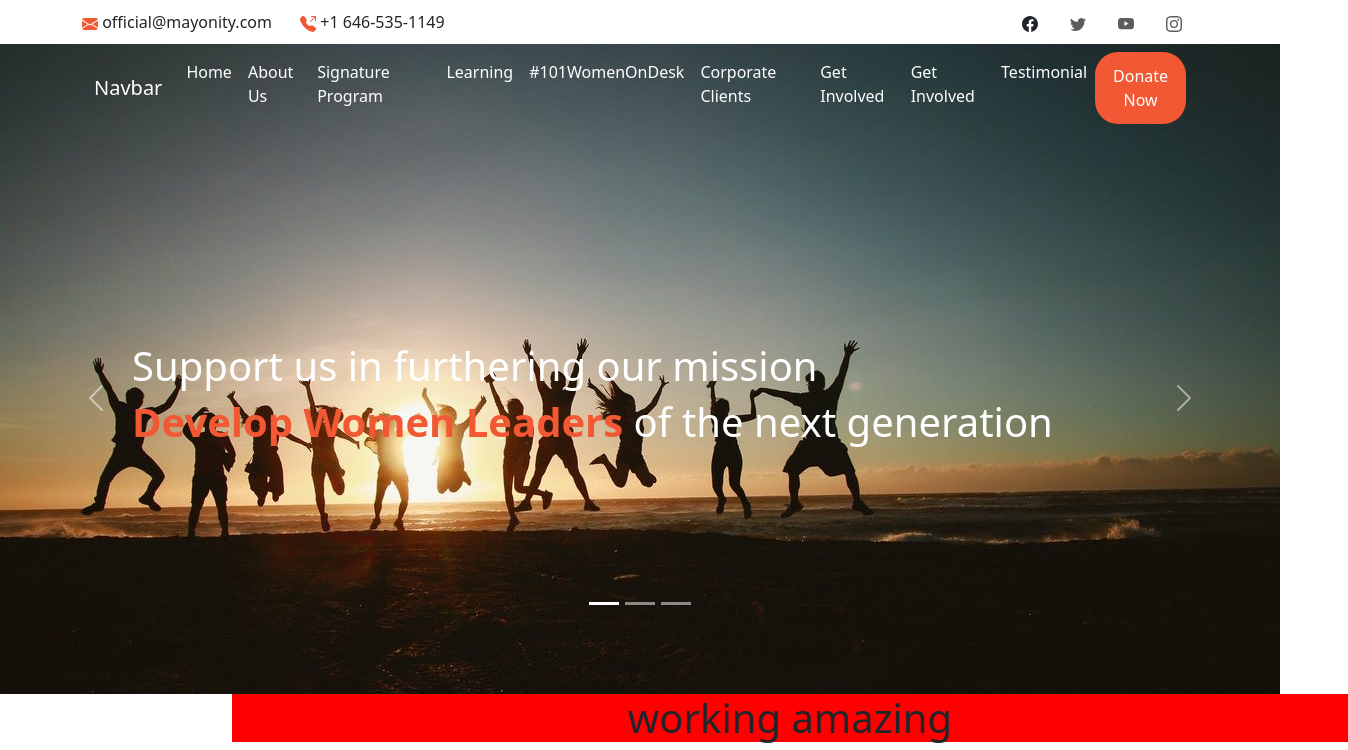
Repository: rizwan-zafar/wings
Page: /
An editor plug-in stored every save of this project. The page is shown before and after the next save, followed by the edit.
The browser window is 1280 px wide. The page is 1348 px wide, then 1280 px, so the pictures cover 1348 px, including what lies to the right of the window. The pictures show the whole page.
The project was rebuilt for these pictures with package versions that can differ from the ones it lists, and the page was loaded fresh each time.

Above is the page before, as saved 2022-11-27 11:07:12.

### public/index.html
<!DOCTYPE html>
<html lang="en">
  <head>
    <meta charset="utf-8" />
    <link rel="icon" href="%PUBLIC_URL%/favicon.ico" />
    <meta name="viewport" content="width=device-width, initial-scale=1" />
    <meta name="theme-color" content="#000000" />
    <meta
      name="description"
      content="Web site created using create-react-app"
    />
    <link rel="apple-touch-icon" href="%PUBLIC_URL%/logo192.png" />
    <!--
      manifest.json provides metadata used when your web app is installed on a
      user's mobile device or desktop. See https://developers.google.com/web/fundamentals/web-app-manifest/
    -->
    <link rel="manifest" href="%PUBLIC_URL%/manifest.json" />
    <!--
      Notice the use of %PUBLIC_URL% in the tags above.
      It will be replaced with the URL of the `public` folder during the build.
      Only files inside the `public` folder can be referenced from the HTML.

      Unlike "/favicon.ico" or "favicon.ico", "%PUBLIC_URL%/favicon.ico" will
      work correctly both with client-side routing and a non-root public URL.
      Learn how to configure a non-root public URL by running `npm run build`.
    -->
    <title>Wings</title>
  </head>
  <body>
    <noscript>You need to enable JavaScript to run this app.</noscript>
    <div id="root"></div>
    <!--
      This HTML file is a template.
      If you open it directly in the browser, you will see an empty page.

      You can add webfonts, meta tags, or analytics to this file.
      The build step will place the bundled scripts into the <body> tag.

      To begin the development, run `npm start` or `yarn start`.
      To create a production bundle, use `npm run build` or `yarn build`.
    -->
  </body>
</html>

### src/index.js
import React from 'react';
import ReactDOM from 'react-dom/client';
import './index.css';
import App from './App';
import "../node_modules/bootstrap/dist/css/bootstrap.min.css"
import "../node_modules/bootstrap/dist/js/bootstrap.min.js"

const root = ReactDOM.createRoot(document.getElementById('root'));
root.render(
  <React.StrictMode>
    <App />
  </React.StrictMode>
);

// If you want to start measuring performance in your app, pass a function
// to log results (for example: reportWebVitals(console.log))
// or send to an analytics endpoint. Learn more: https://bit.ly/CRA-vitals

### src/index.css
html {
  margin: 0;
  padding: 0;
  font-family: -apple-system, BlinkMacSystemFont, 'Segoe UI', 'Roboto', 'Oxygen',
    'Ubuntu', 'Cantarell', 'Fira Sans', 'Droid Sans', 'Helvetica Neue',
    sans-serif;
  -webkit-font-smoothing: antialiased;
  -moz-osx-font-smoothing: grayscale;
}
.icons{
  color:#f15833 ;
}
.social-icons{
  color:#000000a3
}

### src/App.js
import Home from "./Pages/Home"
function App() {
  return (

    <>
      <Home />
    </>

  );
}

export default App;

### src/Pages/Home.js
import React from 'react'
import TopNavbar from "../Components/Topnavbar"
// import Navbar from "../Components/Navbar"
import Slider from "../Components/Slider"
export default function Home() {
    return (
        <div>
            <TopNavbar />
            {/* <Navbar /> */}
            <Slider />
        </div>
    )
}

### src/Components/Topnavbar.js
import React from 'react'
import "../Css/Topnav.css"
import { EnvelopeFill, TelephoneOutboundFill, Twitter, Youtube, Instagram, Facebook } from "react-bootstrap-icons"
export default function Topnavbar() {
    return (
        <div className="top-bar container d-flex justify-content-between">
            <div>
                <span> <EnvelopeFill className="icons" /> official@mayonity.com</span>
                <span className="set-padding p-4"> <TelephoneOutboundFill className="icons ml-3" /> +1 646-535-1149</span>
            </div>
            <div>
                <span className="p-3 social-icons-"><Facebook /></span>
                <span className="p-3 social-icons"><Twitter /></span>
                <span className="p-3 social-icons"><Youtube /></span>
                <span className="p-3 social-icons"><Instagram /></span>
            </div>
        </div>
    )
}

### src/Components/Slider.js
import React from 'react'
import "../Css/Slider.css"
import Navbar from "../Components/Navbar"
export default function Slider() {
    return (
        <>
            <div className="set-slider">
                <Navbar />
                <div id="carouselExampleCaptions" className=" carousel slide" data-bs-ride="false">
                    <div className="carousel-indicators">
                        <button type="button" data-bs-target="#carouselExampleCaptions" data-bs-slide-to="0" className="active" aria-current="true" aria-label="Slide 1"></button>
                        <button type="button" data-bs-target="#carouselExampleCaptions" data-bs-slide-to="1" aria-label="Slide 2"></button>
                        <button type="button" data-bs-target="#carouselExampleCaptions" data-bs-slide-to="2" aria-label="Slide 3"></button>
                    </div>
                    <div className="carousel-inner container">
                        <div className="carousel-item active">
                            <div>
                                <h1>Support us in furthering our mission</h1>
                                <h1><strong>Develop Women Leaders</strong> of the next generation</h1>
                            </div>
                        </div>
                    </div>
                    <div>
                        <button className="carousel-control-prev" type="button" data-bs-target="#carouselExampleCaptions" data-bs-slide="prev">
                            <span className="carousel-control-prev-icon" aria-hidden="true"></span>
                            <span className="visually-hidden">Previous</span>
                        </button>
                        <button className="carousel-control-next" type="button" data-bs-target="#carouselExampleCaptions" data-bs-slide="next">
                            <span className="carousel-control-next-icon" aria-hidden="true"></span>
                            <span className="visually-hidden">Next</span>
                        </button>
                    </div>
                </div>
            </div>

            <div className="container text-center slider-footer">
                <div className="container">
                    <h1>working amazing</h1>
                </div>
            </div>
        </>
    )
}

### src/Css/Topnav.css
.top-bar{
background-color: #fff;
padding: 10px;
}
.nav-container .btn
{
    background: #f15833;
    border-radius: 23px;
    color: white;
    padding: 11px;
    font-weight: 500;
}
 .nav-container nav ul li a
{
    color:  white;
}

### src/Css/Slider.css
.set-slider{
    background-image: url("/public/Images/header.jpg");
    background-size: cover;
    background-repeat: no-repeat;
    height: 650px;
}
.set-slider .carousel-indicators{
    top:300px
}
.set-slider .carousel-inner
{
     margin-top: 160px;
     color:white
}
.set-slider .carousel-inner .carousel-item>div
{

    padding: 50px;
}
.set-slider .carousel-inner h1
{

    font-weight: 400;
}
.set-slider .carousel-inner h1 strong
{
    color:#f15833
}
.slider-footer>div{
    background: red;
    margin-left: 150px;
    margin-right: 150px
}


@media (max-width: 991px) {

    .pricing .custom-container h4 {
        font-size: 25px;
        text-transform: uppercase;
    }

    .pricing .row>div {
        padding-bottom: 12px;
    }
}

### src/Components/Navbar.js
import React from 'react'

export default function Navbar() {
    return (
        <div className="nav-container container">
        <nav className="navbar navbar-expand-lg navbar-dark">
  <div className="container-fluid">
    <a className="navbar-brand" href="/">Navbar</a>
    <button className="navbar-toggler" type="button" data-bs-toggle="collapse" data-bs-target="#navbarNav" aria-controls="navbarNav" aria-expanded="false" aria-label="Toggle navigation">
      <span className="navbar-toggler-icon"></span>
    </button>
    <div className="collapse navbar-collapse" id="navbarNav">
      <ul className="navbar-nav ms-auto">
        <li className="nav-item">
          <a className="nav-link active" aria-current="page" href="/">Home</a>
        </li>
        <li className="nav-item">
          <a className="nav-link" href="/">About Us</a>
        </li>
        <li className="nav-item">
          <a className="nav-link" href="/">Signature Program</a>
        </li>
        <li className="nav-item">
          <a className="nav-link" href="/">Learning</a>
        </li>
        <li className="nav-item">
          <a className="nav-link" href="/">#101WomenOnDesk</a>
        </li>
        <li className="nav-item">
          <a className="nav-link" href="/">Corporate Clients</a>
        </li>
        <li className="nav-item">
          <a className="nav-link" href="/">Get Involved</a>
        </li>
        <li className="nav-item">
          <a className="nav-link" href="/">Get Involved</a>
        </li>
        <li className="nav-item">
          <a className="nav-link" href="/">Testimonial</a>
        </li>
        <li className="nav-item">
          <a className="nav-link btn " href="/">Donate Now</a>
        </li>

      </ul>
    </div>
  </div>
</nav>
        </div>
    )
}

After the next save:
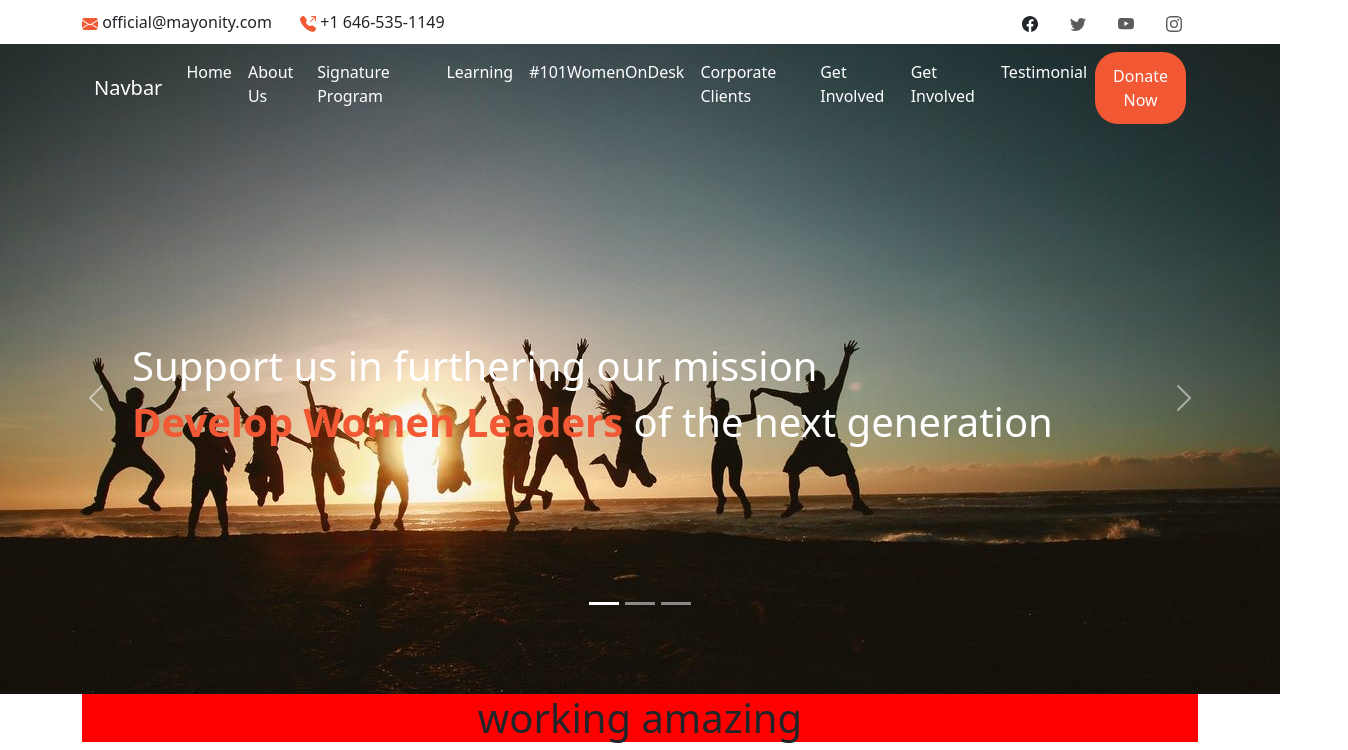
Saved 51 s later.
--- a/src/Css/Slider.css
+++ b/src/Css/Slider.css
@@ -28,8 +28,7 @@
 }
 .slider-footer>div{
     background: red;
-    margin-left: 150px;
-    margin-right: 150px
+
 }
 
 
